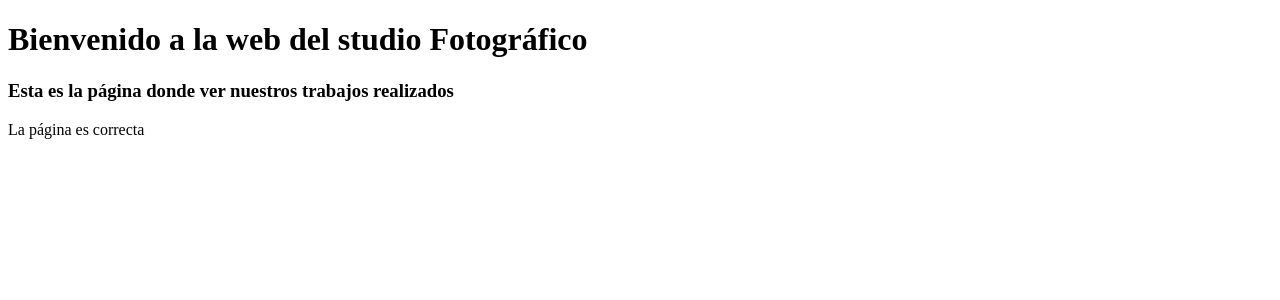
Repository: aguerrerocabrera/PruebaOK
Page: index.html
These files come from the project's save history. The page is drawn as it stood at one moment and after the next save; the edit follows.
The browser window is 1280 px wide. The pictures show the whole page.

Above is the page before, as saved 2022-10-31 22:46:38.

### index.html
<!DOCTYPE html>
<html>
    <head>
        <title>Estudio Fotografico Fotocol2000</title>
    </head>
    <body>
        <h1>Bienvenido a la web del studio Fotográfico</h1>
        <h3>Esta es la página donde ver nuestros trabajos realizados</h3>
        <p> La página es correcta</p>
    </body>
</html>

After the next save:
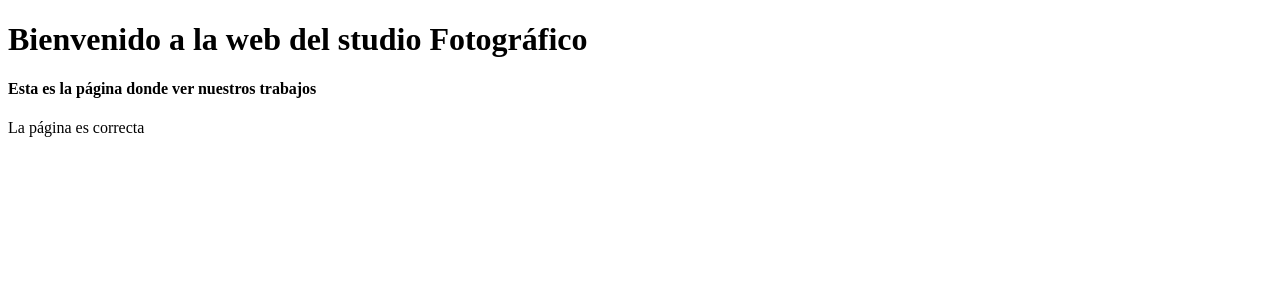
Saved 2 min 23 s later.
--- a/index.html
+++ b/index.html
@@ -5,7 +5,7 @@
     </head>
     <body>
         <h1>Bienvenido a la web del studio Fotográfico</h1>
-        <h3>Esta es la página donde ver nuestros trabajos realizados</h3>
+        <h4>Esta es la página donde ver nuestros trabajos</h4>
         <p> La página es correcta</p>
     </body>
 </html>
